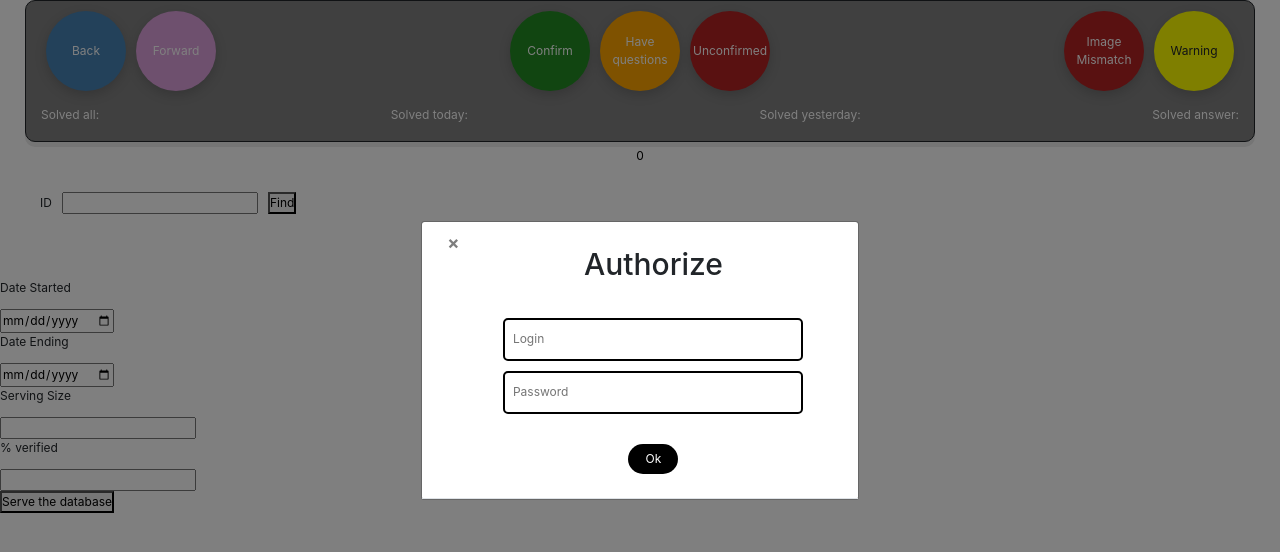
Repository: dmitryglitch/Product-Comparison
Page: /
The author's editor kept a copy of each file at every save. The page is drawn from the files as they stood at one save, then again after the next save.
The browser window is 1280 px wide. The pictures show the whole page.
The page's requests for data from a server got no answer. The project was rebuilt for these pictures with package versions that can differ from the ones it lists, and the page was loaded fresh each time. No one was signed in, and anything a server would have sent is missing. Also part of the build but not shown: src/containers/App.css, src/components/Product/ProductOptions.jsx, src/components/Product/ProductImages.jsx, src/components/Product/ProductSpec.jsx, src/components/Product/Product.jsx.

Above is the page before, as saved 2020-02-17 20:41:58.

### src/index.js
import React from 'react';
import ReactDOM from 'react-dom';
import './index.css';
import App from './containers/App';
import * as serviceWorker from './serviceWorker';
import 'bootstrap/dist/css/bootstrap.min.css';
import $ from 'jquery';
import Popper from 'popper.js';
import 'bootstrap/dist/js/bootstrap.bundle.min';

import {createStore, applyMiddleware} from 'redux'
import {composeWithDevTools} from 'redux-devtools-extension';
import thunk from 'redux-thunk'

import reducer from './reducers'
import {Provider} from 'react-redux'

const store = createStore(reducer, composeWithDevTools(applyMiddleware(thunk)));

const rootElement = document.getElementById('root');
ReactDOM.render(
    <Provider store={store}>
        <App/>
    </Provider>,
    rootElement
);

// If you want your app to work offline and load faster, you can change
// unregister() to register() below. Note this comes with some pitfalls.
// Learn more about service workers: https://bit.ly/CRA-PWA
serviceWorker.unregister();

### src/index.css
html {
  height: 100vh;
  width: 100vw;
  font-size: 12px;
}

*,
body {
  margin: 0;
  padding: 0;
  font-family: -apple-system, BlinkMacSystemFont, "Segoe UI", "Roboto", "Oxygen",
    "Ubuntu", "Cantarell", "Fira Sans", "Droid Sans", "Helvetica Neue",
    sans-serif;
  -webkit-font-smoothing: antialiased;
  -moz-osx-font-smoothing: grayscale;
}

.root {
  display: grid;
  width: 100%;
}

code {
  font-family: source-code-pro, Menlo, Monaco, Consolas, "Courier New",
    monospace;
}

.product-container {
  width: 100%;
  height: 100%;
  display: flex;
  justify-content: center;
  flex-direction: row;
}

.product-container-item {
  width: 50%;
  padding: 20px;
  margin: 25px;

  box-shadow: 0 5px 0 #ebebeb;
  display: flex;
  align-items: center;
  flex-direction: column;

  border: 1px solid;
  border-radius: 10px;
}

.product-container-item-name {
  width: 95%;
  height: fit-content;
  padding: 10px;

  display: flex;
  justify-content: center;
  align-items: center;
  text-align: center;
  flex-direction: column;
  box-shadow: 0 5px 0 #ebebeb;

  background-color: linen;
  border-radius: 10px;
}

/* OPTIONS */
.options-container-head {
  display: flex;
  justify-content: space-between;
  text-align: center;

  margin: 10px;
}

.options-container-head h4 {
  width: 50%;
}

.options-container {
  width: 95%;
  padding: 10px;

  display: flex;
  flex-direction: column;

  margin-top: 25px;
  background-color: aliceblue;
  border-radius: 10px;
  box-shadow: 0 5px 0 #ebebeb;
}

.options-item {
  display: flex;
  margin: 15px;
}

.options-item-name {
  width: 50%;
}

.options-item-value {
  width: 50%;
}

.options-name {
  font-weight: bold;
}

/* SPECS */
.specs-container-head {
  display: flex;
  justify-content: space-between;
  text-align: center;

  padding: 10px;
}

.specs-container-head h4 {
  width: 50%;
}

.specs-container {
  width: 95%;
  padding: 10px;

  display: flex;
  flex-direction: column;
  margin-top: 25px;

  box-shadow: 0 5px 0 #ebebeb;
  border-radius: 10px;
  background-color: lavenderblush;
}

.specs-item {
  display: flex;
  margin: 15px;
}

.specs-item-name {
  width: 50%;
}

.specs-item-value {
  width: 50%;
}

.specs-name {
  font-weight: bold;
}

.specs-notation {
  cursor: pointer;
  margin: 5px;
  text-align: center;
}

.product-container-item-name p {
  font-size: 12px;
}

.image-gallery.image-gallery-using-mouse {
  width: 100%;
}

.image-gallery-slide-wrapper.bottom {
  width: 400px;
  height: fit-content;
}

.image-gallery-content.bottom {
  position: relative;
  line-height: 0;
  top: 0;
  display: flex;
  flex-direction: column;
  align-items: center;
}

.image-gallery-thumbnails-container {
  display: flex;
  flex-wrap: wrap;
}

.image-gallery-thumbnail {
  width: 70px !important;
  height: 70px;
}

.line {
  width: 100%;
  height: 1px;
  background-color: black;
}

.image-gallery-container {
  margin: 25px;
}

.image-gallery.image-gallery-using-mouse {
  display: flex;
  justify-content: center;
  align-items: center;
}

.image-gallery-content.bottom.fullscreen {
  width: 50%;
}

.image-gallery-slide-wrapper.bottom {
  width: 100%;
}

/*BUTTON-BAR*/
.button-bar-content {
  display: flex;
  flex-direction: column;
  justify-content: space-between;
  padding: 5px 15px 5px 15px;
  margin: 0 25px 5px 25px;
  border: 1px solid;
  border-radius: 10px;
  background-color: gray;
  box-shadow: 0 5px 0 #ebebeb;
}

.button-bar-content-top {
  display: flex;
  justify-content: space-between;
}

.button-bar-content-center-bt {
  display: flex;
}

.button-bar-content-center button {
  margin: 5px;
}

.button-bar-info-content {
  text-align: center;
  color: black;
}

.button-bar-content-left button {
  width: 80px;
  height: 80px;
  margin: 5px;
  border-radius: 100px;
  cursor: pointer;
  box-shadow: 0px 4px 12px rgba(0, 0, 0, 0.17);
  border: 0;
  color: #fff;
}

.btn-back {
  background-color: steelblue;
}

.btn-forward {
  background-color: plum;
}

.btn-confirm {
  width: 80px;
  height: 80px;
  border-radius: 100px;
  background-color: forestgreen;
  cursor: pointer;
  box-shadow: 0px 4px 12px rgba(0, 0, 0, 0.17);
  border: 0;
  color: #fff;
}

.btn-questions {
  width: 80px;
  height: 80px;
  border-radius: 100px;
  background-color: orange;
  cursor: pointer;
  box-shadow: 0px 4px 12px rgba(0, 0, 0, 0.17);
  border: 0;
  color: #fff;
}

.btn-unconfirmed {
  width: 80px;
  height: 80px;
  border-radius: 100px;
  background-color: firebrick;
  cursor: pointer;
  box-shadow: 0px 4px 12px rgba(0, 0, 0, 0.17);
  border: 0;
  color: #fff;
}

.btn-warning {
  width: 80px;
  height: 80px;
  border-radius: 100px;
  background-color: yellow !important;
  cursor: pointer;
  box-shadow: 0px 4px 12px rgba(0, 0, 0, 0.17);
  border: 0;
  color: #000;
}

.btn-mismatch {
  width: 80px;
  height: 80px;
  border-radius: 100px;
  background-color: firebrick;
  cursor: pointer;
  box-shadow: 0px 4px 12px rgba(0, 0, 0, 0.17);
  border: 0;
  color: #fff;
}

.button-modal-auth {
  display: none;
}

.button-bar-content-right {
  display: flex;
}

.button-bar-content-right button {
  margin: 5px;
}

/*.button-bar-contaner {*/
/*    width: 100%;*/
/*    position: absolute;*/
/*    bottom: 0;*/
/*}*/

.logout {
  display: flex;
  justify-content: flex-end;
  align-items: center;
  padding: 10px;
}

.modal-body.modal-auth-body {
  text-align: center;
  justify-content: center;
  align-items: center;
  flex-direction: column;
  height: fit-content;
  width: 100%;
}

.auth-button {
  width: 50px;
}

.modal-body-input-form {
  display: flex;
  flex-direction: column;
  padding: 30px;
}

.modal-body-input-form input {
  width: 300px;
}

.modal-body-input-login {
  margin-bottom: 10px;
  border: 2px double;
  border-radius: 5px;
  padding: 10.5px 8px;
}

.modal-body-input-password {
  border: 2px double;
  border-radius: 5px;
  padding: 10.5px 8px;
}

.modal-auth {
  display: flex !important;
  width: 100%;
  height: 100%;
  justify-content: center;
  align-items: center;
}

.modal-auth-dialog {
  width: 500px;
}

.logout-user-name {
  margin-right: 10px;
}

.modal-header .close {
  padding: 5px;
  width: 40px;
  height: 40px;
}

.modal-body-input-form {
  display: flex;
  flex-direction: column;
  padding: 30px;
}

.modal-body-button-form button {
  width: 50px;
  background-color: #000;
  border: 0 solid transparent;
  cursor: pointer !important;
  color: #fff;
  border-radius: 100px;
  outline: none;
  height: 30px;
}

/*STATISTIC*/
.statistic-container {
  display: flex;
  justify-content: space-between;
  align-items: center;
  margin-top: 10px;
  color: #fff;
}

/* SEARCH */
.search-content {
  padding: 5px 15px 5px 15px;
  margin: 0 25px 5px 25px;
}

.search-content input {
  margin: 10px;
}

/* REVIEW */
.review-container {
  display: flex;
  flex-direction: column;
}

.review-content-head {
  display: flex;
  font-size: 22px;
  justify-content: center;
}

/* INPUTS */

### src/reducers/index.js
import { combineReducers } from 'redux';
import product from './product';
import user from './user'

export default combineReducers({
    product,
    user
})

### src/components/ButtonBar/ButtonBar.jsx
import React from 'react'


const ButtonBar = ({
                       idCurrentCoupleProduct,
                       sendAnswerCoupleProduct,
                       getBackCoupleProducts,
                       getForwardCoupleProducts,
                       dateCoupleProducts,
                       answerUser,
                       statistics
                   }) => {

    const handleClick = (answer) => {
        sendAnswerCoupleProduct(idCurrentCoupleProduct, answer);
    };

    const handleClickOnBackButton = () => {
        getBackCoupleProducts(dateCoupleProducts)
    };

    const handleClickOnForwardButton = () => {
        getForwardCoupleProducts(dateCoupleProducts)
    };

    return (
        <>
            <div className="button-bar-content">
                <div className="button-bar-content-top">
                    <div className="button-bar-content-left">
                        <button className="btn-back" onClick={handleClickOnBackButton}>Back</button>
                        <button className="btn-forward" onClick={handleClickOnForwardButton}>Forward</button>
                    </div>
                    <div className="button-bar-content-center">
                        <div className="button-bar-content-center-bt">
                            <button className="btn-confirm" onClick={() => handleClick('confirm')}>Confirm</button>
                            <button className="btn-questions" onClick={() => handleClick('questions')}>Have questions
                            </button>
                            <button className="btn-unconfirmed" onClick={() => handleClick('unconfirmed')}>Unconfirmed
                            </button>
                        </div>
                    </div>
                    <div className="button-bar-content-right">
                        <button className="btn-mismatch" onClick={() => handleClick('unconfirmed_image')}>Image
                            Mismatch
                        </button>
                        <button className="btn-warning" onClick={() => handleClick('warning')}>Warning</button>
                    </div>
                </div>
                <div className="button-bar-content-down">
                    <div className="statistic-container">
                        <p>Solved all: {statistics.all}</p>
                        <p>Solved today: {statistics.today}</p>
                        <p>Solved yesterday: {statistics.yesterday}</p>
                        <p>Solved answer: {answerUser}</p>

                    </div>
                </div>
            </div>
            <div className="button-bar-info">
                <div className="button-bar-info-content">
                    <p>{idCurrentCoupleProduct}</p>
                </div>
            </div>
        </>
    )
};

export default ButtonBar;

### src/components/ModalAuth/ModalAuth.js
import React from "react";

class ModalAuth extends React.Component {
    state = {
        login: "",
        password: ""
    };

    authUser = () => {
        let {login, password} = this.state;
        this.props.onSendLoginUser(login, password);
    };

    handleChange = e => {
        let classNameInput = e.target.className;
        let valueInput = e.target.value;

        if (classNameInput === "modal-body-input-login") {
            this.setState({login: valueInput});
        } else {
            this.setState({password: valueInput});
        }
    };

    render() {
        return (
            <div
                className="modal fade modal-auth"
                id="modal-auth"
                tabIndex="-1"
                role="dialog"
                aria-labelledby="exampleModalLabel"
                aria-hidden="true"
                data-backdrop="static"
                data-keyboard="false"
            >
                <div className="modal-dialog modal-auth-dialog" role="document">
                    <div className="modal-content">
                        <div className="modal-header">
                            <button
                                type="button"
                                className="close"
                                data-dismiss="modal"
                                aria-label="Close"
                            >
                <span className="span-aria-hidden" aria-hidden="true">
                  &times;
                </span>
                            </button>
                            <div className="modal-body modal-auth-body">
                                <div className="modal-body-header">
                                    <h1>Authorize</h1>
                                </div>
                                <div className="modal-body-input-form">
                                    <input
                                        onChange={this.handleChange}
                                        className="modal-body-input-login"
                                        placeholder="Login"
                                        type="text"
                                    />
                                    <input
                                        onChange={this.handleChange}
                                        className="modal-body-input-password"
                                        placeholder="Password"
                                        type="password"
                                    />
                                </div>
                                <div className="modal-body-button-form">
                                    <button className="auth-button" onClick={this.authUser}>
                                        Ok
                                    </button>
                                </div>
                            </div>
                        </div>
                    </div>
                </div>
            </div>
        );
    }
}

export default ModalAuth;

### src/components/Search/Search.jsx
import React, {Component} from 'react';

class Search extends Component {
    state = {
        id: ''
    };

    handleClick = () => {
        this.props.searchCoupleProducts(this.state.id)
    };

    render() {
        return (
            <>
                <div className="search-content">
                    <span>ID</span>
                    <input onChange={(e) => { this.setState({id: e.target.value}) }} type="text"/>
                    <button onClick={this.handleClick}>Find</button>
                </div>
            </>
        )
    }

}

export default Search;

### src/components/Review/Review.js
import React, { Component } from "react";
import Inputs from "./Inputs";

class Review extends Component {
  render() {
    return (
      <>
        <div className="review-content-head">
          <p>Check</p>
        </div>
        <div className="review-content">
          <div className="review-content-left">
            <Inputs />
            <button>Serve the database</button>
          </div>
          <div className="review-content-right"></div>
        </div>
      </>
    );
  }
}

export default Review;

### src/actions/user.js
export const sendUserLogin = (userName, password) => dispatch => {
    dispatch({type: 'SEND_LOGIN_USER_STARTED'});

    let data = new FormData();
    data.append('userName', userName);
    data.append('password', password);

    fetch(
        'http://match-dev.protarget.pro/backend/isLogined.php', {
            method: "POST",
            credentials: 'same-origin',
            headers: {Accept: "application/json"},
            body: data,
        })
        .then(res => res.json())
        .then(json => {
            console.log(json);
            if (json.result === 'ok') {
                dispatch({type: 'SEND_LOGIN_USER_SUCCESS', payload: json.userName});
                window.location.reload();
            } else {
                // console.log(json.errtext);
                alert(json.errtext)
            }
        })
        .catch(error => dispatch({type: 'SEND_LOGIN_USER_ERROR', payload: error}));
};

export const logOut = (userName, password) => dispatch => {
    dispatch({type: 'LOGOUT_USER_STARTED'});

    let data = new FormData();
    data.append('userName', userName);
    data.append('password', password);

    fetch(
        'http://match-dev.protarget.pro/backend/logOut.php', {
            method: "POST",
            credentials: 'same-origin',
            headers: {Accept: "application/json"},
            body: data,
        })
        .then(res => res.json())
        .then(json => {
            console.log(json);
            if (json.result === 'ok') {
                dispatch({type: 'LOGOUT_USER_SUCCESS', payload: json.userName});
                window.location.reload();
            } else {
                // console.log(json.errtext);
                alert(json.errtext)
            }
        })
        .catch(error => dispatch({type: 'LOGOUT_USER_ERROR', payload: error}));
};

### src/actions/buttonbar.js
import { getCoupleProducts } from "./product";

export const sendAnswerCoupleProduct = (id, answer) => dispatch => {
  dispatch({ type: "SEND_ANSWER_STARTED" });
  console.log("ID", id);
  console.log("ANSWER", answer);

  let data = new FormData();
  data.append("id", id);
  data.append("answer", answer);

  fetch("http://match-dev.protarget.pro/backend/setUserAnswer.php", {
    method: "POST",
    credentials: "same-origin",
    headers: { Accept: "application/json" },
    body: data
  })
    .then(res => res.json())
    .then(json => {
      dispatch({ type: "SEND_ANSWER_SUCCESS", payload: data });
      console.log(json);

      if (json.check === true) {
        dispatch(getCoupleProducts());
      }
    })
    .catch(error => {
      dispatch({ type: "SEND_ANSWER_ERROR", payload: error });
      alert(error);
    });
};

### src/reducers/product.js
const initialState = {
    isFetching: false,
    isError: null,
    id: 0,
    date: null,
    answerUser: null,
    statistics: {},
    id_answer: 0,
    result: null,
    massProducts: null
};

const product = (state = initialState, action) => {
    switch (action.type) {
        case 'GET_COUPLE_PRODUCTS_SUCCESS':
            return {
                ...state,
                isFetching: false,
                isError: null,
                isLogin: true,
                id: action.payload.id,
                date: action.payload.date,
                answerUser: action.payload.answerUser,
                statistics: action.payload.statistics,
                id_answer: action.payload.id_answer,
                result: action.payload.result,
                massProducts: action.payload.massProducts
            };

        case 'GET_BACK_COUPLE_PRODUCTS_SUCCESS':
            return {
                ...state,
                isFetching: false,
                isError: null,
                isLogin: true,
                id: action.payload.id,
                date: action.payload.date,
                answerUser: action.payload.answerUser,
                statistics: action.payload.statistics,
                id_answer: action.payload.id_answer,
                result: action.payload.result,
                massProducts: action.payload.massProducts
            };

        case 'GET_FORWARD_COUPLE_PRODUCTS_SUCCESS':
            return {
                ...state,
                isFetching: false,
                isError: null,
                isLogin: true,
                id: action.payload.id,
                date: action.payload.date,
                answerUser: action.payload.answerUser,
                statistics: action.payload.statistics,
                id_answer: action.payload.id_answer,
                result: action.payload.result,
                massProducts: action.payload.massProducts
            };

        case 'SEARCH_COUPLE_PRODUCTS_SUCCESS':
            return {
                ...state,
                isFetching: false,
                isError: null,
                isLogin: true,
                id: action.payload.id,
                date: action.payload.date,
                answerUser: action.payload.answerUser,
                statistics: action.payload.statistics,
                id_answer: action.payload.id_answer,
                result: action.payload.result,
                massProducts: action.payload.massProducts
            };

        case 'GET_COUPLE_PRODUCTS_STATED':
        case 'GET_BACK_COUPLE_PRODUCTS_STATED':
        case 'GET_FORWARD_COUPLE_PRODUCTS_STATED':
        case 'SEARCH_COUPLE_PRODUCTS_STATED':
            return {
                ...state,
                isFetching: true,
                isError: null
            };

        case 'GET_COUPLE_PRODUCTS_LOGIN_ERROR':
        case 'GET_BACK_COUPLE_PRODUCTS_LOGIN_ERROR':
        case 'GET_FORWARD_COUPLE_PRODUCTS_LOGIN_ERROR':
        case 'SEARCH_PRODUCTS_LOGIN_ERROR':
            return {
                ...state,
                isFetching: true,
                isError: null,
                isLogin: false
            };

        case 'GET_COUPLE_PRODUCTS_ERROR':
        case 'GET_BACK_COUPLE_PRODUCTS_ERROR':
        case 'GET_FORWARD_COUPLE_PRODUCTS_ERROR':
        case 'SEARCH_COUPLE_PRODUCTS_ERROR':
            return {
                ...state,
                isFetching: false,
                isError: action.payload
            };

        default:
            return state;
    }
};

export default product

### src/reducers/user.js
const initialState = {
    userName: '',
    isLogin: false,
    isFetching: true,
    isError: null
};

const user = (state = initialState, action) => {
    switch (action.type) {
        case 'SEND_LOGIN_USER_SUCCESS':
            return {
                ...state,
                userName: action.payload,
                isFetching: false,
                isError: null,
                isLogin: true,
            };

        case 'LOGOUT_USER_SUCCESS':
            return {
                ...state,
                userName: '',
                isFetching: false,
                isError: null,
                isLogin: false,
            };

        case 'SEND_LOGIN_USER_STARTED':
        case 'LOGOUT_USER_STARTED':
            return {
                ...state,
                isFetching: true,
                isError: null
            };

        case 'SEND_LOGIN_USER_ERROR':
        case 'LOGOUT_USER_ERROR':
            return {
                ...state,
                isFetching: false,
                isError: action.payload
            };


        default:
            return state;
    }

};

export default user

### src/components/Review/Inputs.jsx
import React from "react";

const Inputs = () => {
  return (
    <>
      <div className="review-inputs-container">
        <div className="input-started">
            <p>Date Started</p>
            <input type="date"/>
        </div>
        <div className="input-ending">
            <p>Date Ending</p>
            <input type="date"/>
        </div>
        <div className="input-serving-size">
            <p>Serving Size</p>
            <input type="text"/>
        </div>
        <div className="input-percent">
            <p>% verified</p>
            <input type="text"/>
        </div>
      </div>
    </>
  );
};

export default Inputs;

Loaded but not shown: public/index.html (common file); src/serviceWorker.js (common file); src/actions/product.js (158 lines, source omitted); src/containers/App.js (127 lines, source omitted)

After the next save:
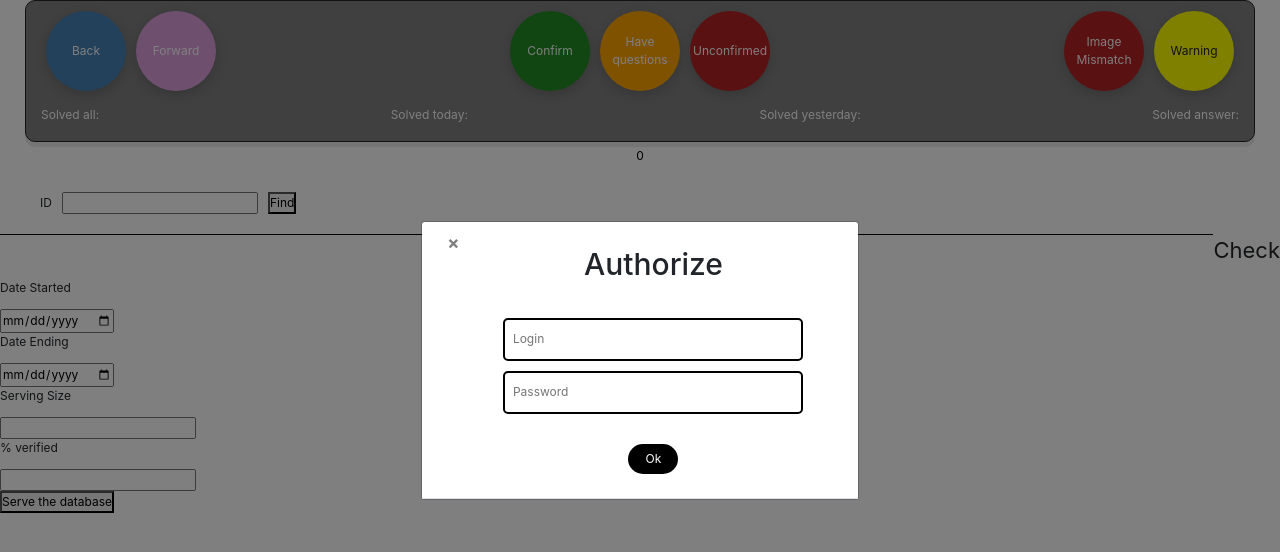
Saved 70 s later.
--- a/src/components/Review/Review.js
+++ b/src/components/Review/Review.js
@@ -6,6 +6,9 @@ class Review extends Component {
     return (
       <>
         <div className="review-content-head">
+          <div className="line">
+
+          </div>
           <p>Check</p>
         </div>
         <div className="review-content">
